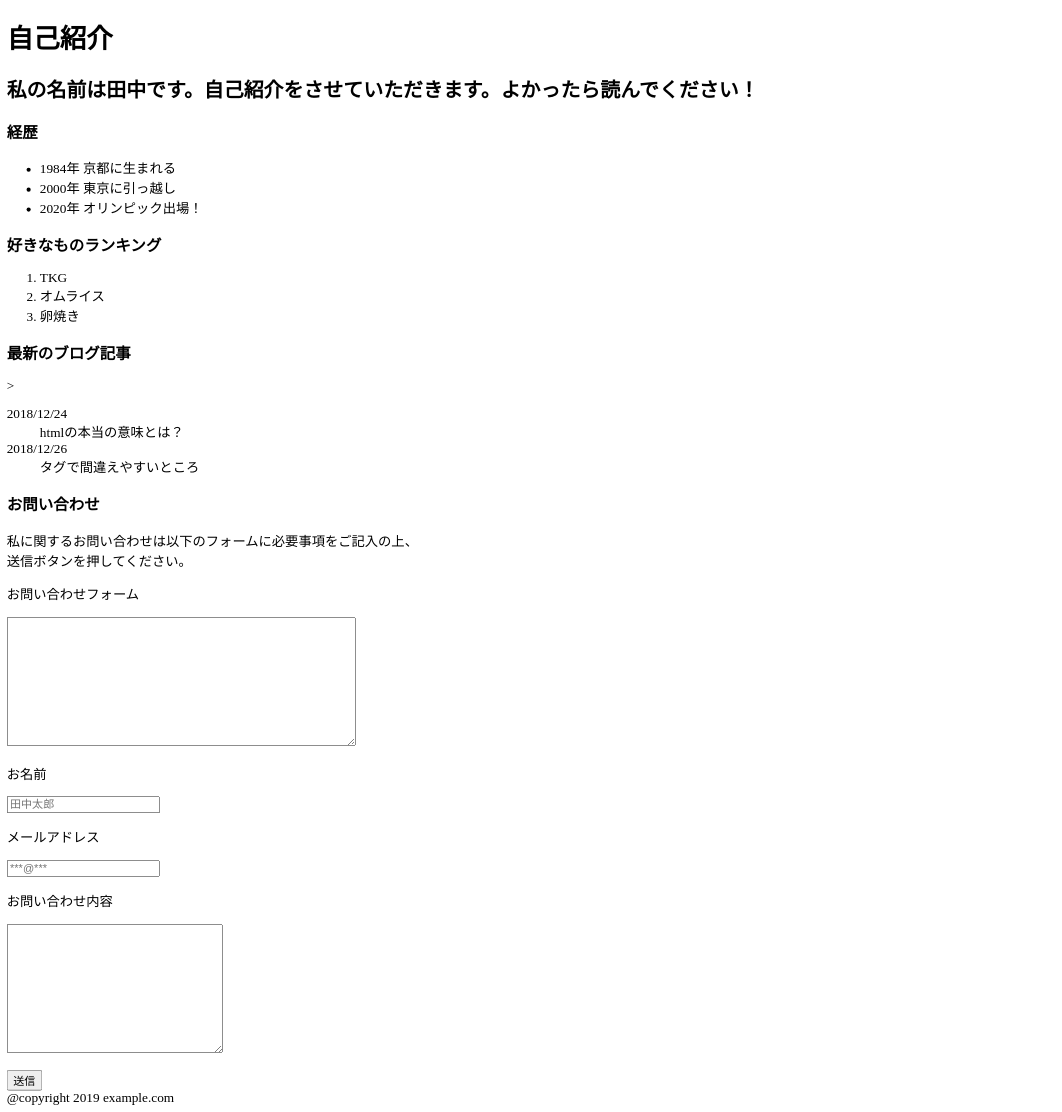
Repository: wairoku/suretigai1
Page: jack.html
These files come from the project's save history. The page is drawn as it stood at one moment and after the next save; the edit follows.
The browser window is 1280 px wide. The pictures show the whole page, at 83% of full size.

Above is the page before, as saved 2019-01-02 20:29:50.

### jack.html
<!DOCTYPE html>

    <head>
      <meta charset='utf-8'>
    </head>
<body>

<h1>自己紹介</h1>
<h2>私の名前は田中です。自己紹介をさせていただきます。よかったら読んでください！</h2>


    <h3>経歴</h3>
<div>
    <ul>
        <li>1984年 京都に生まれる</li>
        <li>2000年 東京に引っ越し</li>
        <li>2020年 オリンピック出場！</li>
   </ul>
</div>

    <h3>好きなものランキング</h3>
<div>
    <ol>
        <li>TKG</li>
        <li>オムライス</li>
        <li>卵焼き</li>
    </ol>
</div>

    <h3>最新のブログ記事</h3>>
<dl>
    <dt>2018/12/24<dt>
        <dd>htmlの本当の意味とは？</dd>
    <dt>2018/12/26<dt>
        <dd>タグで間違えやすいところ</dd>
</dl>



 <h3>お問い合わせ</h3>
私に関するお問い合わせは以下のフォームに必要事項をご記入の上、<br>
送信ボタンを押してください。

<p>お問い合わせフォーム</p>
<textarea name="" id="" cols="50" rows="10"></textarea>

<p>お名前</p>
<input type="text" placeholder="田中太郎">


<p>メールアドレス</p>
<input type="text" placeholder="***@***">


<p>お問い合わせ内容</p>
<textarea name="" id="" cols="30" rows="10"></textarea></p>
<input type="button" value="送信">


<footer>@copyright 2019 example.com</footer>


</body>

After the next save:
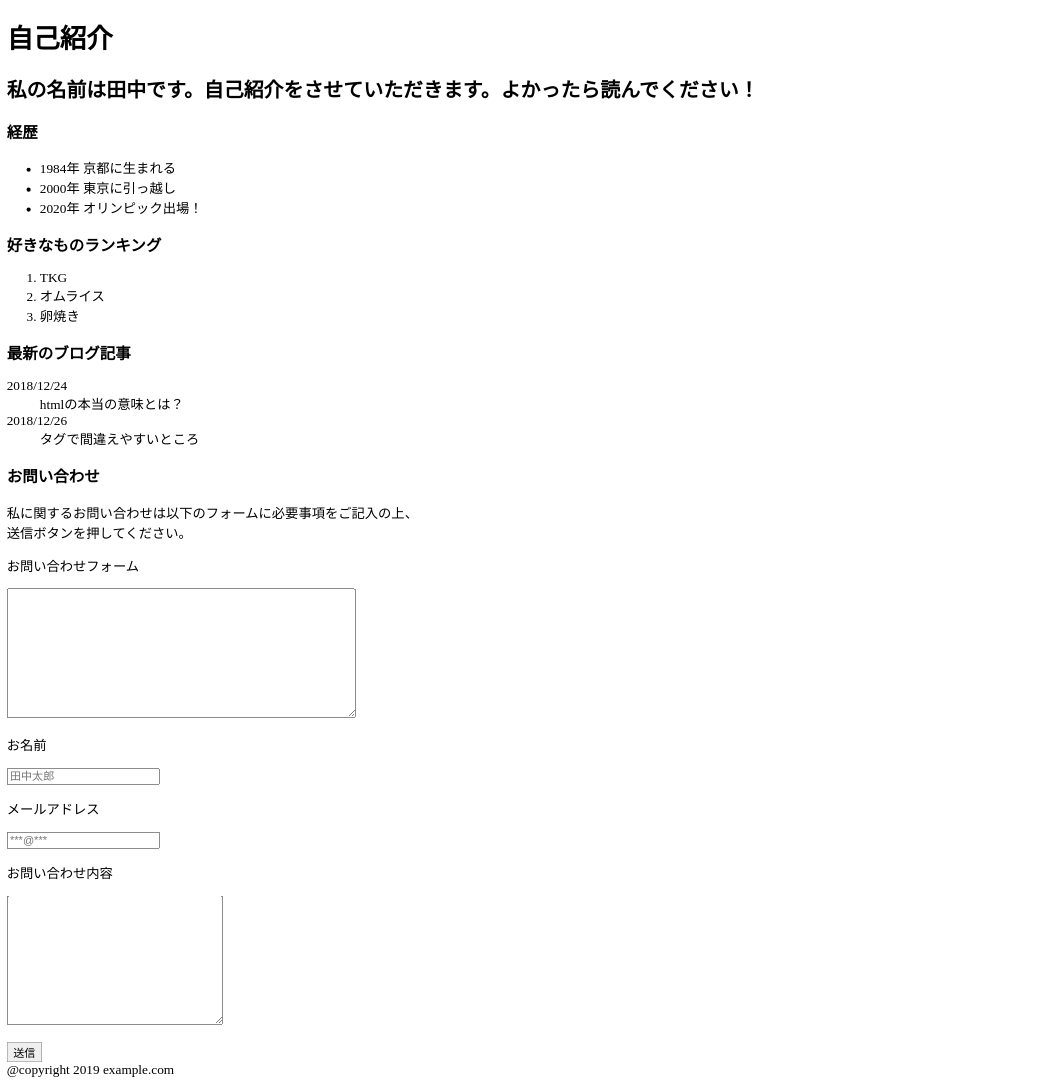
Saved 13 s later.
--- a/jack.html
+++ b/jack.html
@@ -27,7 +27,7 @@
     </ol>
 </div>
 
-    <h3>最新のブログ記事</h3>>
+    <h3>最新のブログ記事</h3>
 <dl>
     <dt>2018/12/24<dt>
         <dd>htmlの本当の意味とは？</dd>
